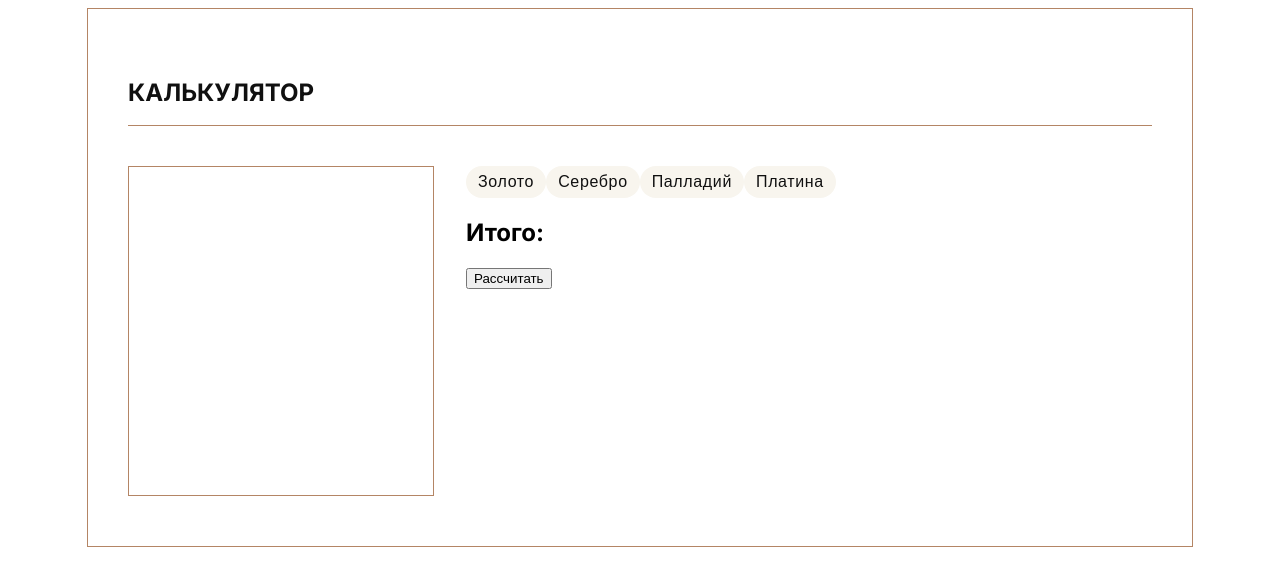
Repository: Kirill2034/Calculator-metal
Page: /
These files come from the project's save history. The page is drawn as it stood at one moment and after the next save; the edit follows.
The browser window is 1280 px wide. The pictures show the whole page.
The project was rebuilt for these pictures with package versions that can differ from the ones it lists, and the page was loaded fresh each time.

Above is the page before, as saved 2021-11-27 18:36:01.

After the next save:
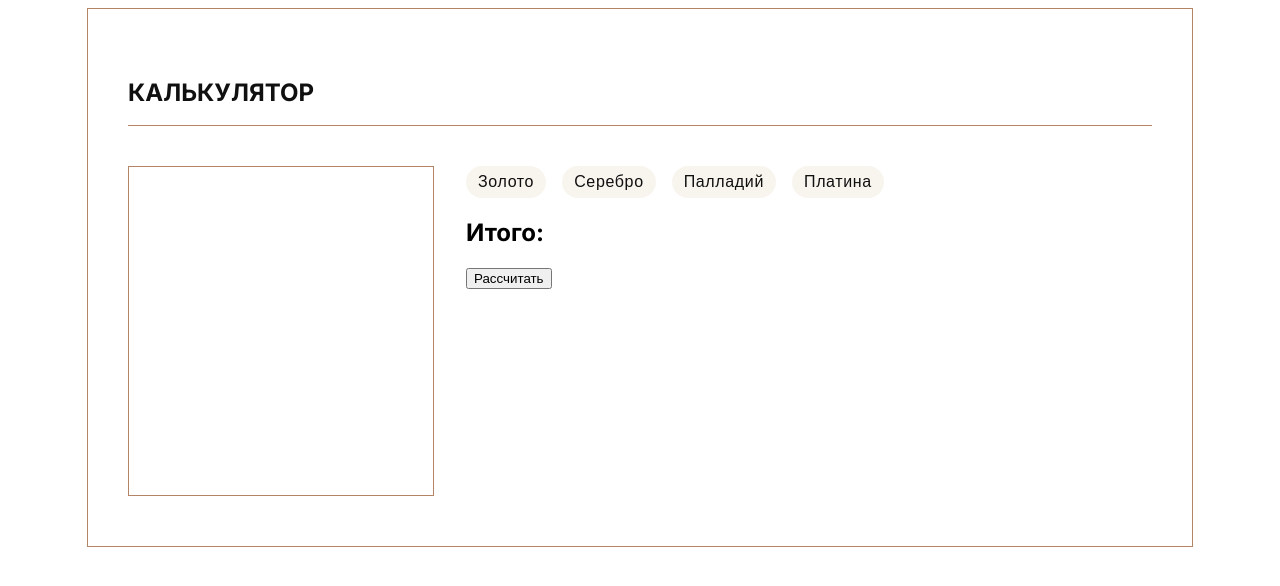
Saved 20 s later.
--- a/src/components/BtnRadio/BtnRadio.css
+++ b/src/components/BtnRadio/BtnRadio.css
@@ -1,3 +1,3 @@
-.BtnRadio {border: none; box-shadow: none; outline: none; background: #F8F5EE; border-radius: 100px; padding: 4px 12px; color: #101010; font-weight: normal; font-size: 16px; line-height: 24px; letter-spacing: 0.04em;};
+.BtnRadio {border: none; box-shadow: none; outline: none; background: #F8F5EE; border-radius: 100px; padding: 4px 12px; color: #101010; font-weight: normal; font-size: 16px; line-height: 24px; letter-spacing: 0.04em; margin-right: 16px;};
 .BtnRadio:hover {border: 1px solid #B48565; cursor: pointer;}
 .BtnRadio.selected {color: #F8F5EE; background: #B48565;}
